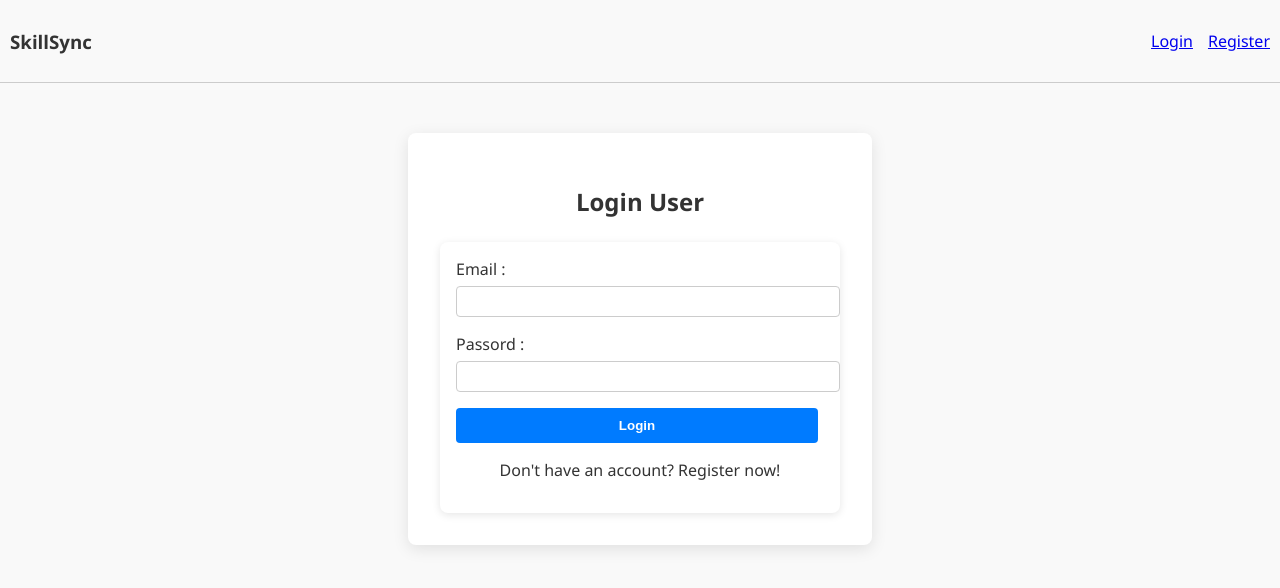
Repository: bharathabhi46/SkillSync-FrontEnd
Page: /UserList
An editor plug-in stored every save of this project. The page is shown before and after the next save, followed by the edit.
The browser window is 1280 px wide. The pictures show the whole page.
The project was rebuilt for these pictures with package versions that can differ from the ones it lists, and the page was loaded fresh each time. Also part of the build but not shown: vite.config.js, src/Components/CreateUser/CreateUser.jsx, src/Components/UserList/UserList.jsx, src/Components/EditUser/EditUser.jsx, src/Components/RegisterUser/RegisterUser.jsx, src/Components/Home/Home.css, src/Components/Home/Home.jsx.

Above is the page before, as saved 2025-06-28 14:04:17.

### src/main.jsx
import { StrictMode } from "react";
import { createRoot } from "react-dom/client";
import { BrowserRouter } from "react-router-dom";
import App from "./App.jsx";

createRoot(document.getElementById("root")).render(
  <BrowserRouter>
    <App />
  </BrowserRouter>
);

### src/App.jsx
import React from "react";
import CreateUser from "./Components/CreateUser/CreateUser";
import UserList from "./Components/UserList/UserList";
import EditUser from "./Components/EditUser/EditUser";
import { Route, Routes } from "react-router-dom";
import RegisterUser from "./Components/RegisterUser/RegisterUser";
import LoginUser from "./Components/LoginUser/LoginUser";
import "./App.css";
import PrivateAuth from "./Components/PrivateAuth/PrivateAuth";
import NavBar from "./Components/NavBar/NavBar";
import Home from "./Components/Home/Home";
const App = () => {
  return (
    <div>
      <NavBar />
      <Routes>
        <Route path="/" element={<Home />} />
        <Route
          path="/UserList"
          element={
            <PrivateAuth>
              <UserList />
            </PrivateAuth>
          }
        />
        <Route
          path="/EditUser/:id"
          element={
            <PrivateAuth>
              <EditUser />
            </PrivateAuth>
          }
        />
        <Route
          path="/CreateUser"
          element={
            <PrivateAuth>
              <CreateUser />
            </PrivateAuth>
          }
        />
        <Route path="/RegisterUser" element={<RegisterUser />} />
        <Route path="/LoginUser" element={<LoginUser />} />
      </Routes>
    </div>
  );
};

export default App;

### src/Components/LoginUser/LoginUser.jsx
import React, { useState } from "react";
import { useNavigate } from "react-router-dom";
import "./LoginUser.css";
const LoginUser = () => {
  let navigate = useNavigate();
  let url = "http://localhost:8080/api/users/auth/login";
  let [loginUser, setLoginUser] = useState({
    email: "",
    password: "",
  });
  function handleOnChange(e) {
    setLoginUser((prevState) => ({
      ...prevState,
      [e.target.name]: e.target.value,
    }));
  }
  async function handleSubmit(e) {
    e.preventDefault();
    try {
      let data = await fetch(url, {
        method: "POST",
        headers: {
          "Content-Type": "application/json",
        },
        body: JSON.stringify(loginUser),
      });
      setLoginUser({
        email: "",
        password: "",
      });
      alert("Login Successful");
      localStorage.setItem("userEmail", LoginUser.email);
      let user = await data.json();
      localStorage.setItem("user", JSON.stringify(user));
      navigate("/");
    } catch (err) {
      console.log("Error : ", err);
      alert("Failed to Login");
    }
  }
  return (
    <div className="container">
      <h2>Login User</h2>
      <form onSubmit={handleSubmit}>
        <label>Email : </label>
        <input
          type="email"
          name="email"
          value={loginUser.email}
          onChange={handleOnChange}
        />
        <label>Passord : </label>
        <input
          type="password"
          name="password"
          value={loginUser.password}
          onChange={handleOnChange}
        />
        <button type="submit">Login</button>
        <p>Don't have an account? Register now!</p>
      </form>
    </div>
  );
};

export default LoginUser;

### src/App.css
body {
  margin: 0;
  font-family: "Segoe UI", sans-serif;
  background-color: #f9f9f9;
  color: #333;
}

h2 {
  color: #333;
  margin-bottom: 1rem;
}

button {
  background-color: #007bff;
  color: white;
  border: none;
  padding: 8px 12px;
  cursor: pointer;
  border-radius: 4px;
}

button:hover {
  background-color: #0056b3;
}

input,
select {
  padding: 8px;
  margin: 6px 0;
  border: 1px solid #ccc;
  border-radius: 4px;
  width: 100%;
}

form {
  max-width: 400px;
  margin: auto;
  padding: 1rem;
  background: white;
  box-shadow: 0 2px 8px rgba(0, 0, 0, 0.1);
  border-radius: 8px;
}

table {
  width: 100%;
  background-color: white;
  border-collapse: collapse;
  box-shadow: 0 2px 8px rgba(0, 0, 0, 0.1);
  border-radius: 8px;
  overflow: hidden;
}

th,
td {
  padding: 12px;
  text-align: left;
  border-bottom: 1px solid #ddd;
}

### src/Components/PrivateAuth/PrivateAuth.jsx
import React from "react";
import { Navigate, useNavigate } from "react-router-dom";
const PrivateAuth = ({ children }) => {
  const isLoggedIn = localStorage.getItem("userEmail") !== null;
  return isLoggedIn ? children : <Navigate to={"/LoginUser"} />;
};

export default PrivateAuth;

### src/Components/NavBar/NavBar.jsx
import React from "react";
import { Link, useNavigate } from "react-router-dom";

const Navbar = () => {
  const navigate = useNavigate();
  const user = JSON.parse(localStorage.getItem("user"));
  console.log(user !== null);
  const handleLogout = () => {
    localStorage.removeItem("user");
    navigate("/LoginUser");
  };

  return (
    <nav
      style={{
        display: "flex",
        justifyContent: "space-between",
        padding: "10px",
        borderBottom: "1px solid #ccc",
      }}
    >
      <h3>SkillSync</h3>
      <div style={{ display: "flex", gap: "15px", alignItems: "center" }}>
        {user ? (
          <>
            <span>
              Welcome, <strong>{user.name}</strong> 👋
            </span>
            <Link to="/UserList">Users</Link>
            <Link to="/CreateUser">Create</Link>
            <button onClick={handleLogout}>Logout</button>
          </>
        ) : (
          <>
            <Link to="/LoginUser">Login</Link>
            <Link to="/RegisterUser">Register</Link>
          </>
        )}
      </div>
    </nav>
  );
};

export default Navbar;

### src/Components/UserList/UserList.css
.container {
  max-width: 1000px;
  margin: 40px auto;
  padding: 1rem;
  background-color: white;
  border-radius: 8px;
  box-shadow: 0 2px 8px rgba(0, 0, 0, 0.1);
}

.container h2 {
  text-align: center;
  margin-bottom: 1rem;
}

table {
  width: 100%;
  border-collapse: collapse;
}

th,
td {
  padding: 12px;
  text-align: left;
  border-bottom: 1px solid #ddd;
}

th {
  background-color: #f0f0f0;
}

button {
  padding: 6px 10px;
  margin-right: 6px;
  background-color: #dc3545;
  color: white;
  border: none;
  border-radius: 4px;
  cursor: pointer;
}

button:hover {
  background-color: #c82333;
}

### src/Components/RegisterUser/RegisterUser.css
.container {
  max-width: 400px;
  margin: 50px auto;
  padding: 2rem;
  background-color: white;
  box-shadow: 0 4px 16px rgba(0, 0, 0, 0.1);
  border-radius: 8px;
}

.container h2 {
  text-align: center;
  color: #333;
  margin-bottom: 1.5rem;
}

.container form {
  display: flex;
  flex-direction: column;
}

.container input,
.container select {
  padding: 10px;
  margin-bottom: 1rem;
  border: 1px solid #ccc;
  border-radius: 4px;
}

.container button {
  padding: 10px;
  background-color: #28a745;
  border: none;
  color: white;
  font-weight: bold;
  border-radius: 4px;
  cursor: pointer;
}

.container button:hover {
  background-color: #218838;
}

.container p {
  text-align: center;
  margin-top: 1rem;
}

### src/Components/LoginUser/LoginUser.css
.container {
  max-width: 400px;
  margin: 50px auto;
  padding: 2rem;
  background-color: white;
  box-shadow: 0 4px 16px rgba(0, 0, 0, 0.1);
  border-radius: 8px;
}

.container h2 {
  text-align: center;
  color: #333;
  margin-bottom: 1.5rem;
}

.container form {
  display: flex;

  flex-direction: column;
}

.container input {
  padding: 7px;
  margin-bottom: 1rem;
  border: 1px solid #ccc;
  border-radius: 4px;
}

.container button {
  padding: 10px;
  background-color: #007bff;
  border: none;
  color: white;
  font-weight: bold;
  border-radius: 4px;
  cursor: pointer;
}

.container button:hover {
  background-color: #0056b3;
}

.container p {
  text-align: center;
  margin-top: 1rem;
}

Loaded but not shown: index.html (common file)

After the next save:
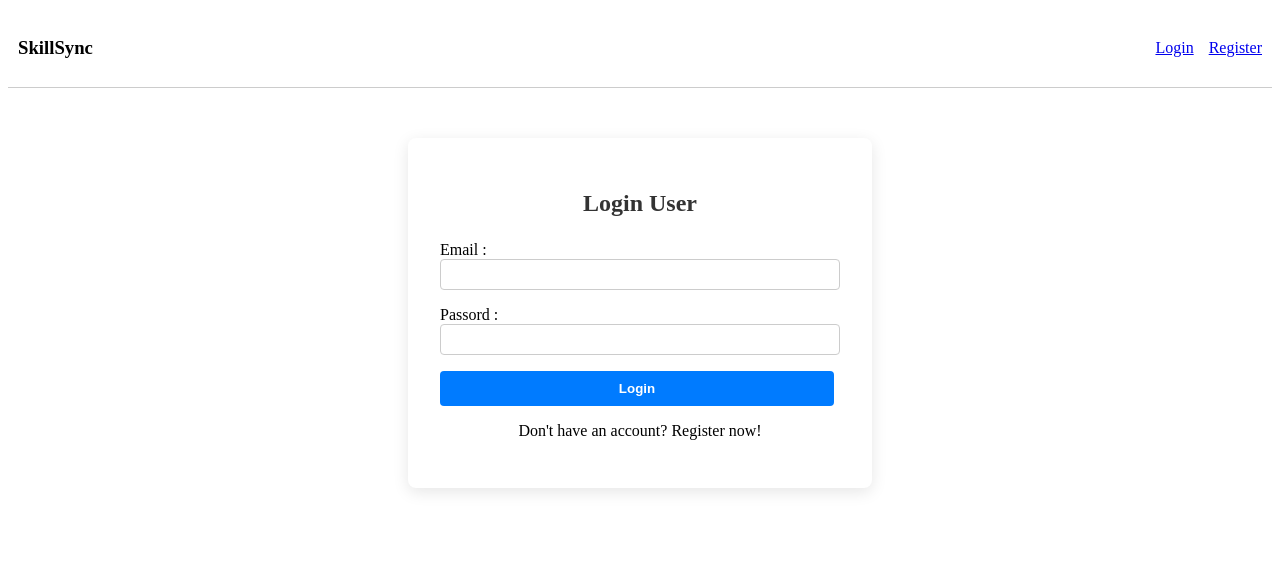
Saved 33 s later.
--- a/src/App.jsx
+++ b/src/App.jsx
@@ -5,7 +5,7 @@ import EditUser from "./Components/EditUser/EditUser";
 import { Route, Routes } from "react-router-dom";
 import RegisterUser from "./Components/RegisterUser/RegisterUser";
 import LoginUser from "./Components/LoginUser/LoginUser";
-import "./App.css";
+// import "./App.css";
 import PrivateAuth from "./Components/PrivateAuth/PrivateAuth";
 import NavBar from "./Components/NavBar/NavBar";
 import Home from "./Components/Home/Home";
